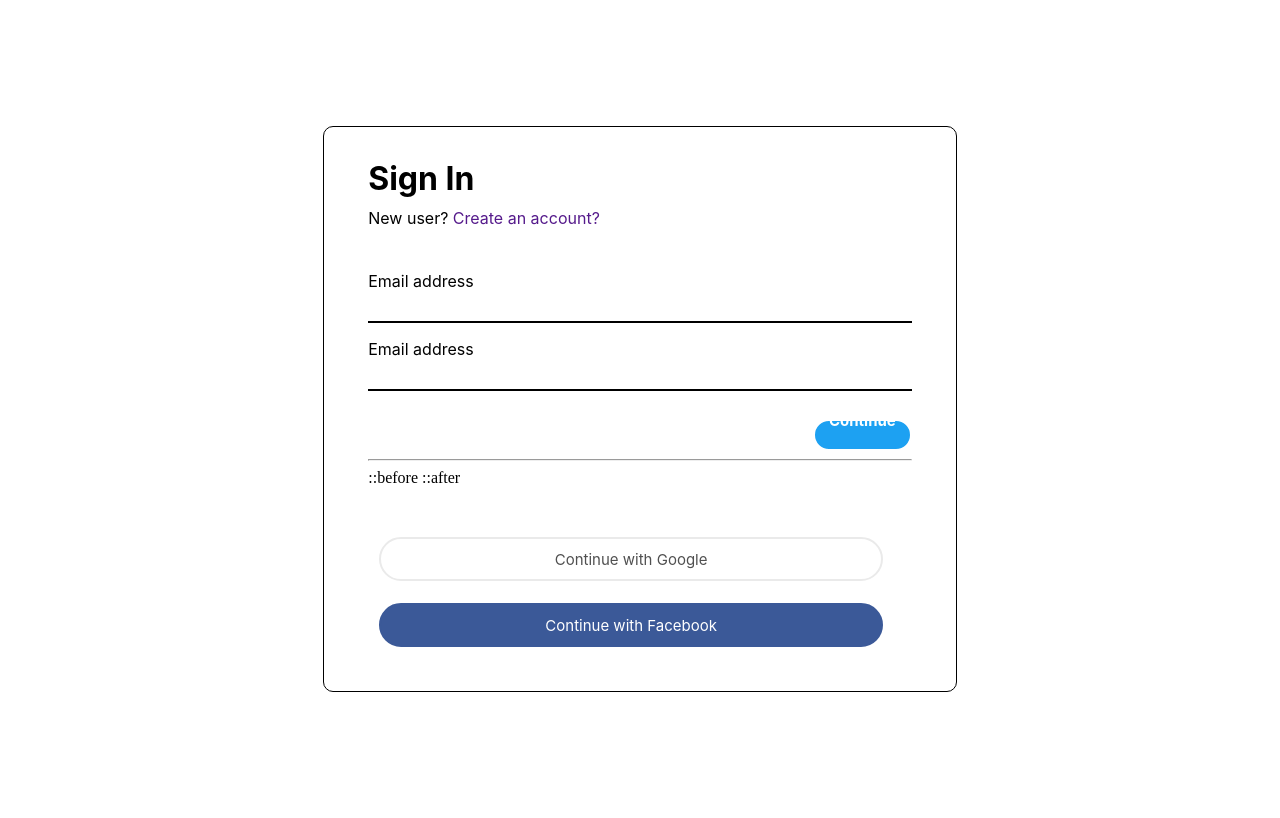
Repository: thangluu93/WereWolf
Page: Template/signIn.html
These files come from the project's save history. The page is drawn as it stood at one moment and after the next save; the edit follows.
The browser window is 1280 px wide. The pictures show the whole page.

Above is the page before, as saved 2020-01-13 14:23:10.

After the next save:
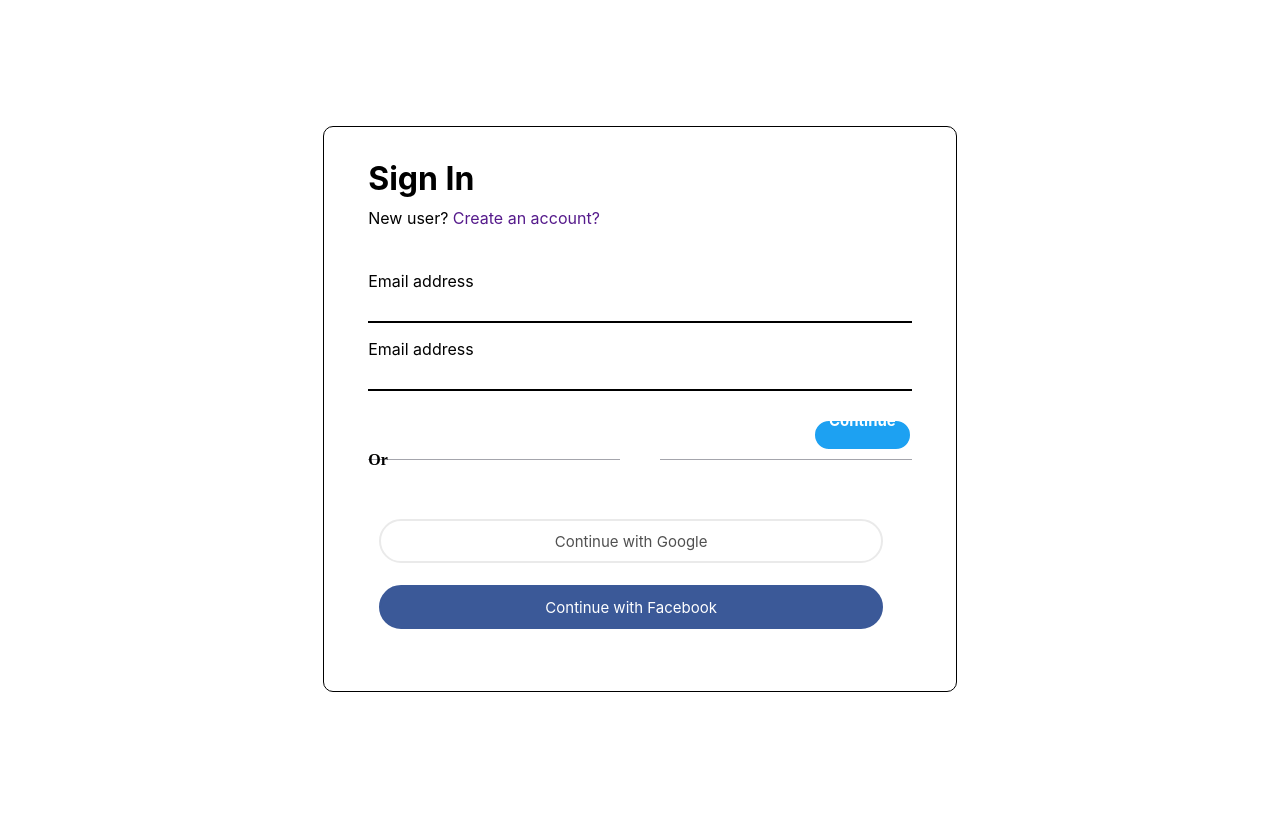
Saved 3 min 2 s later.
--- a/Template/signIn.html
+++ b/Template/signIn.html
@@ -32,10 +32,7 @@
                         </div>
                     </div>
                     <div class="contentFooter">
-                        <hr data-content="or">
-                        ::before
-                        ::after
-                        </hr>
+                        <strong class="line">Or</strong>
                         <div class="socialSignIn" id="socialSignIn1">
                             <a href="" class="googleSignIn">
                                 <!-- <svg viewBox="0 0 1152 1152" focusable="false" aria-hidden="true" role="img"
